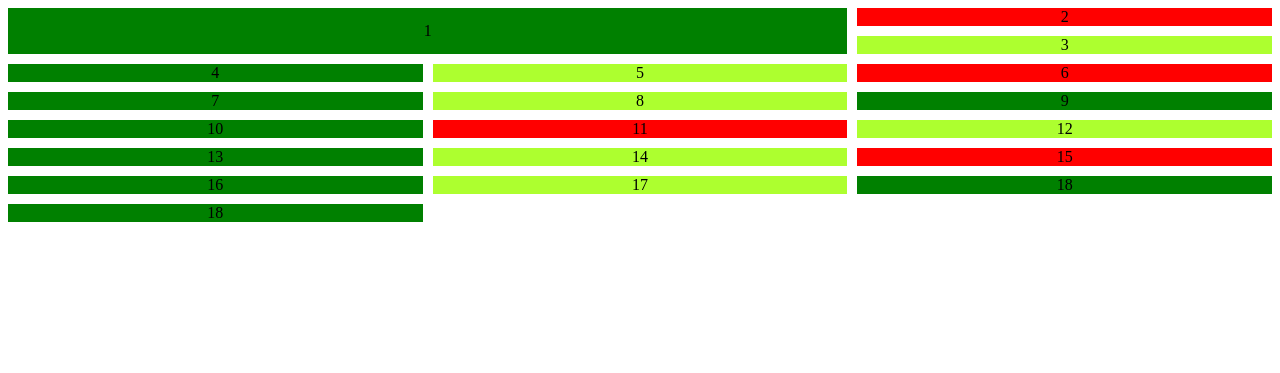
Repository: motiejus1/09-paskaita-05.31
Page: index.html
These files come from the project's save history. The page is drawn as it stood at one moment and after the next save; the edit follows.
The browser window is 1280 px wide. The pictures show the whole page.

Above is the page before, as saved 2021-06-15 19:39:13.

After the next save:
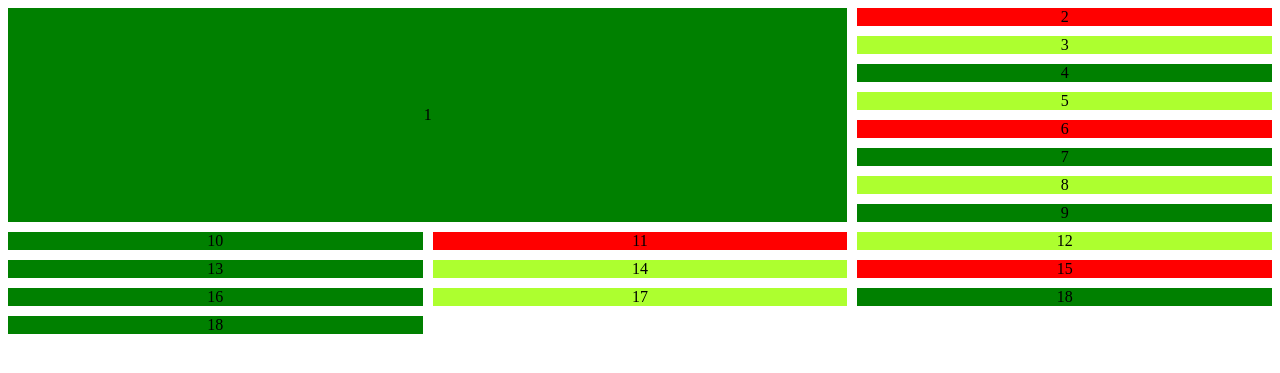
Saved 8 s later.
--- a/index.html
+++ b/index.html
@@ -36,7 +36,7 @@
             grid-column-start: 1 ;
             grid-column-end: 3 ;
             grid-row-start: 1 ;
-            grid-row-end: 3 ;
+            grid-row-end: 9 ;
         }
 
         .grid-item {
